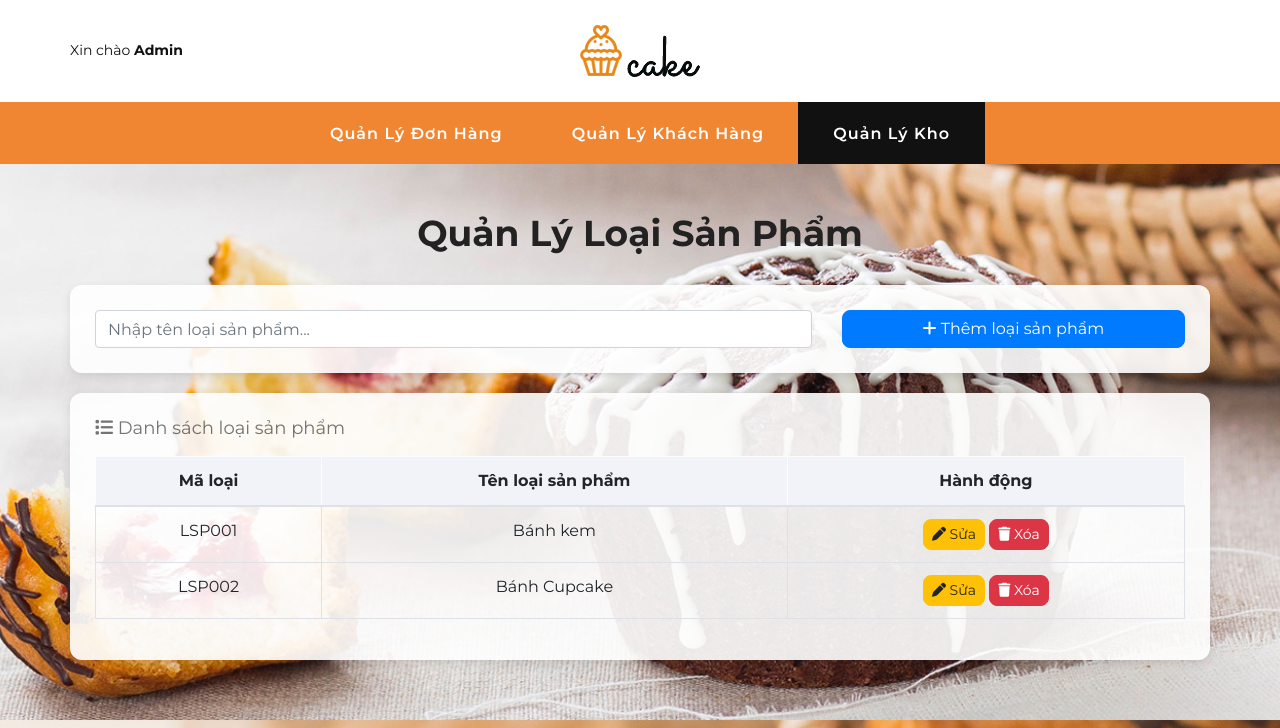
Repository: nhanto2n-byte/Nhom10ChieuThu3
Page: ProjectWeb/cake-main/admin_type.html
The author's editor kept a copy of each file at every save. The page is drawn from the files as they stood at one save, then again after the next save.
The browser window is 1280 px wide. The pictures show the whole page.
Backgrounds fixed to the window are drawn as part of the page.

Above is the page before, as saved 2025-10-28 21:22:39.
Console error (its wording comes from the project's code and is left out).

After the next save:
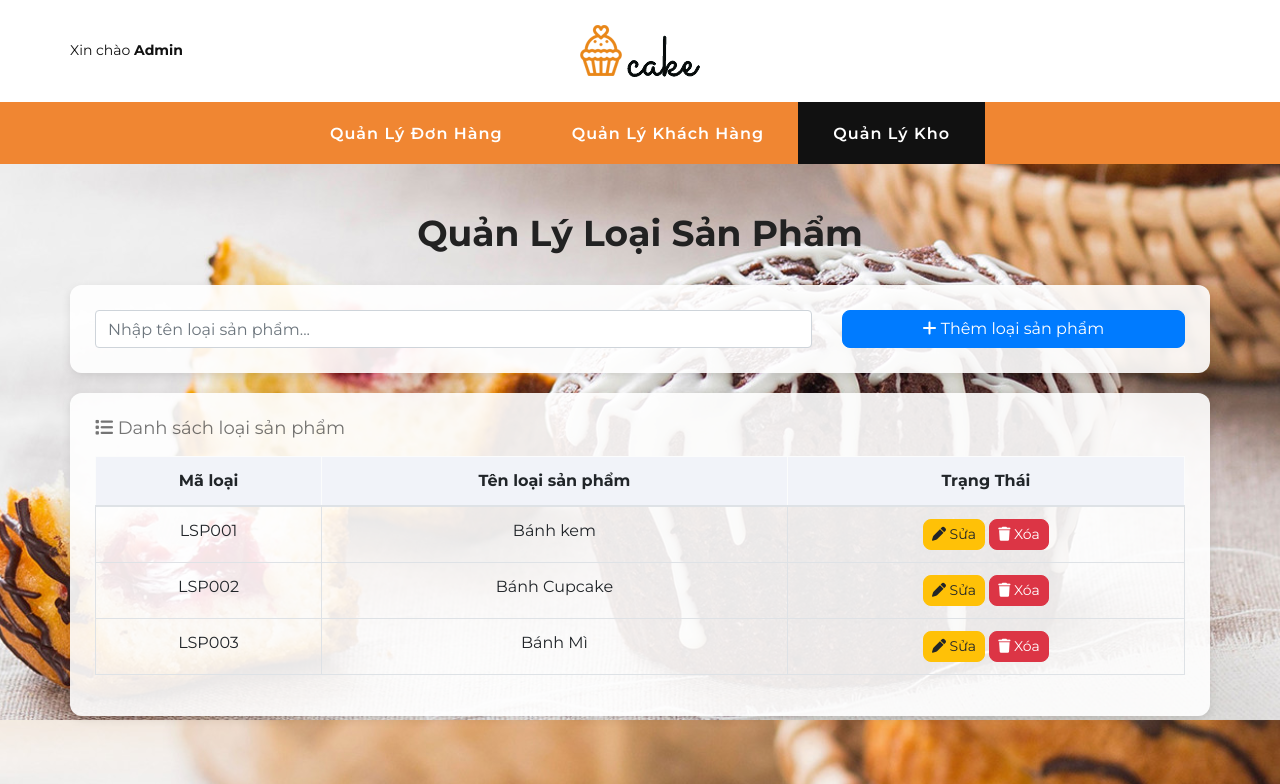
Saved 94 s later.
--- a/ProjectWeb/cake-main/admin_type.html
+++ b/ProjectWeb/cake-main/admin_type.html
@@ -127,7 +127,7 @@
             <tr>
               <th>Mã loại</th>
               <th>Tên loại sản phẩm</th>
-              <th>Hành động</th>
+              <th>Trạng Thái </th>
             </tr>
           </thead>
           <tbody>
@@ -147,6 +147,14 @@
                 <button class="btn btn-danger btn-sm"><i class="fa-solid fa-trash"></i> Xóa</button>
               </td>
             </tr>
+             <tr>
+              <td>LSP003</td>
+              <td>Bánh Mì </td>
+              <td>
+                <button class="btn btn-warning btn-sm"><i class="fa-solid fa-pen"></i> Sửa</button>
+                <button class="btn btn-danger btn-sm"><i class="fa-solid fa-trash"></i> Xóa</button>
+              </td>
+            </tr>
           </tbody>
         </table>
       </div>
